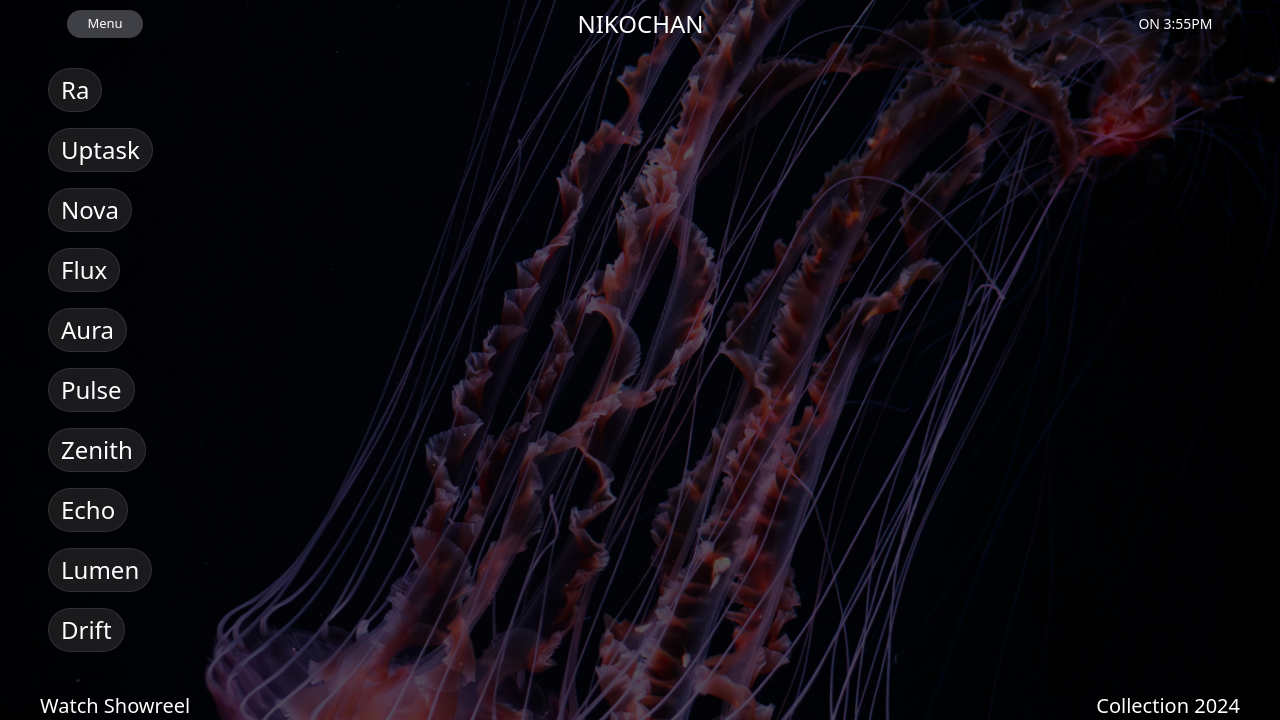
Repository: nikhilsinghrathore1/Niks_indian_local
Page: /
An editor plug-in stored every save of this project. The page is shown before and after the next save, followed by the edit.
The browser window is 1280 px wide. The pictures show the whole page.
The project was rebuilt for these pictures with package versions that can differ from the ones it lists, and the page was loaded fresh each time. Also part of the build but not shown: vite.config.ts.

Above is the page before, as saved 2024-08-27 10:54:42.

### src/App.tsx
import { useState } from 'react'
import reactLogo from './assets/react.svg'
import viteLogo from '/vite.svg'
import './App.css'
import Landing from './Components/Landing'

function App() {
  const [count, setCount] = useState(0)

  return (
    <>

      <Landing/>
    </>
  )
}

export default App

### src/App.css
@font-face {
               font-family:font1 ;
               src: url("./assets/Fontspring-DEMO-rocgroteskcomp-regular.otf");
}

.f1{
               font-family: font1;
}

.item>p{
               padding: 6px 12px;

               font-weight: lighter;
               background-color: rgba(255, 255, 255, 0.1);
               border-radius: 40px;
               border: 1px solid rgba(255, 255, 255, 0.1);
               backdrop-filter: blur(20px);
               transition: 0.3s;
}

.item>p:hover{
               background: none;
               border: 1px solid rgba(255, 255, 255, 0.25);
}

.preview{
               position: fixed ;
               width: 100% ;
               height: 100% ;
               color: #fff;
               z-index: 1;
}

.preview-bg{
               position: absolute;
               width: 100%;
               pointer-events: none;
               height: 100%;
               opacity: 0.35;
}

.preview-title h1{
               font-weight:  lighter;
               font-size: 80px;
}

.preview p , .preview-description p{
               font-size: 14px;
               line-height: 120%;
}

.preview-varient-1 .preview-img{
               position: absolute;
               bottom: 0;
               right: 0;
               margin: 2em;
               width: 300px;
               height: 400px;
               clip-path: polygon(0% 100%, 100%, 100% , 100% 100% , 0% 100%);

}

.preview-varient-1 .preview-title{
               position: absolute;
               top: 35%;
               left: 25%;
}
.preview-varient-1 .preview-tags{
               position: absolute;
               top: 35%;
               left: 40%;
}

.preview-varient-1 .preview-description{
               width: 250px;
               position: absolute;
               top: 25%;
               right: 25%;
}
.preview-varient-3 .preview-img{
               position: absolute;
               bottom: 10%;
               left: 15%;
               margin: 2em;
               width: 300px;
               height: 400px;
               clip-path: polygon(0% 0%, 0%, 0% , 0% 100% , 0% 100%);

}

.preview-varient-3 .preview-title{
               position: absolute;
               bottom: 40%;
               right: 15%;
}
.preview-varient-3 .preview-tags{
               position: absolute;
               bottom: 20%;
               right: 30%;
}

.preview-varient-3 .preview-description{
               width: 250px;
               position: absolute;
               left: 20%;
               top: 15%;
}
.preview-varient-2 .preview-img{
               position: absolute;
               top: 10%;
               right: 5%;
               margin: 2em;
               width: 300px;
               height: 400px;
               clip-path: polygon(100% 0%, 100%, 0% , 100% 100% , 100% 100%);

}

.preview-varient-2 .preview-title{
               position: absolute;
               bottom: 30%;
               left: 50%;
}
.preview-varient-2 .preview-tags{
               position: absolute;
               top: 25%;
               left: 25%;
}

.preview-varient-3 .preview-description{
               width: 250px;
               position: absolute;
               right: 10%;
               bottom: 15%;
}

### src/Components/Landing.tsx
// Landing.tsx
import { useEffect, useRef } from 'react';
import gsap from 'gsap';
import img1 from '../assets/img1.jpg';
import img2 from '../assets/img2.jpg';
import img3 from '../assets/img3.jpg';
import img4 from '../assets/img4.jpg';
import img5 from '../assets/img5.jpg';
import img6 from '../assets/img6.jpg';
import img7 from '../assets/img7.jpg';
import img8 from '../assets/img8.jpg';
import img9 from '../assets/img9.jpg';
import img10 from '../assets/img10.jpg';
import defaultBg from '../assets/default-bg.jpg';

interface TransformProps {
  x?: number;
  y?: number;
  opacity?: number;
}

type VariantTransform = {
  [key: string]: {
    [elementClass: string]: TransformProps;
  };
};

const mapClasses = [
  'variant-1',
  'variant-2',
  'variant-3',
  'variant-1',
  'variant-2',
  'variant-3',
  'variant-1',
  'variant-2',
  'variant-3',
  'variant-1',
];

const previews = [
  {
    img: img1,
    title: 'Ra',
    tags: 'Futuristic Fashion, Minimal Design',
    description:
      'Exploring the intersection of minimalism and future fashion trends in web design.',
    bg: img1,
  },
  {
    img: img2,
    title: 'Uptask',
    tags: 'Fashion Innovation, Graphic Simplicity',
    description:
      'Innovative fashion web design with a core focus on simplicity and elegance.',
    bg: img2,
  },
  {
    img: img3,
    title: 'Nova',
    tags: 'Space Inspired, Modern Aesthetics',
    description:
      'A modern take on space-inspired designs blending technology and art.',
    bg: img3,
  },
  {
    img: img4,
    title: 'Flux',
    tags: 'Dynamic Layouts, Vibrant Colors',
    description:
      'Dynamic and colorful layouts that capture attention and engage users.',
    bg: img4,
  },
  {
    img: img5,
    title: 'Aura',
    tags: 'Serene Designs, Pastel Themes',
    description:
      'Creating calm and soothing user experiences through pastel-themed designs.',
    bg: img5,
  },
  {
    img: img6,
    title: 'Pulse',
    tags: 'Energetic Vibes, Bold Typography',
    description:
      'Harnessing energy and movement with bold typography and striking visuals.',
    bg: img6,
  },
  {
    img: img7,
    title: 'Zenith',
    tags: 'Peak Performance, Sleek Interfaces',
    description:
      'Designs focused on peak performance and sleek, intuitive interfaces.',
    bg: img7,
  },
  {
    img: img8,
    title: 'Echo',
    tags: 'Repetitive Patterns, Minimalist Touch',
    description:
      'Utilizing repetitive patterns to create harmony and balance in design.',
    bg: img8,
  },
  {
    img: img9,
    title: 'Lumen',
    tags: 'Light Themes, Clarity Focused',
    description:
      'Emphasizing clarity and readability through light-themed designs.',
    bg: img9,
  },
  {
    img: img10,
    title: 'Drift',
    tags: 'Fluid Movements, Abstract Forms',
    description:
      'Incorporating fluid movements and abstract forms for a unique user experience.',
    bg: img10,
  },
];

const Landing: React.FC = () => {
  const containerRef = useRef<HTMLDivElement>(null);
  const previewBgRef = useRef<HTMLDivElement>(null);
  const itemsRef = useRef<Array<HTMLDivElement | null>>([]);

  useEffect(() => {
    const defaultClipPath: { [key: string]: string } = {
      'variant-1': 'polygon(0% 100%, 100% 100%, 100% 100%, 0% 100%)',
      'variant-2': 'polygon(100% 0%, 100% 0%, 100% 100%, 100% 100%)',
      'variant-3': 'polygon(0% 0%, 0% 0%, 0% 100%, 0% 100%)',
    };

    const variantTransform: VariantTransform = {
      'variant-1': {
        title: { x: 75, opacity: 0 },
        tags: { y: -75, opacity: 0 },
        description: { x: -75, opacity: 0 },
      },
      'variant-2': {
        title: { x: -75, opacity: 0 },
        tags: { y: -75, opacity: 0 },
        description: { y: 75, opacity: 0 },
      },
      'variant-3': {
        title: { x: 75, opacity: 0 },
        tags: { y: 75, opacity: 0 },
        description: { x: 75, opacity: 0 },
      },
    };

    const getDefaultClipPath = (previewElement: HTMLDivElement): string => {
      for (const variant in defaultClipPath) {
        if (previewElement.classList.contains(variant)) {
          return defaultClipPath[variant];
        }
      }
      return 'polygon(100% 0%, 0% 0%, 0% 100%, 100% 100%)';
    };

    const applyVariantStyle = (
      previewElement: HTMLDivElement,
      reset: boolean = false
    ) => {
      const variant = mapClasses[Array.from(previewElement.classList).findIndex(cls => cls.startsWith('variant-'))];
      if (variant && variantTransform[variant]) {
        Object.entries(variantTransform[variant]).forEach(
          ([elementClass, transform]) => {
            const element = previewElement.querySelector(
              `.preview-${elementClass}`
            ) as HTMLElement;
            if (element) {
              gsap.set(element, reset ? transform : { x: 0, y: 0, opacity: 1 });
            }
          }
        );
      }
    };

    const changeBg = (newImgSrc: string) => {
      if (previewBgRef.current) {
        gsap.to(previewBgRef.current, {
          backgroundImage: `url(${newImgSrc})`,
          duration: 0.5,
          ease: 'power3.out',
        });
      }
    };

    // Create preview elements
    previews.forEach((preview, index) => {
      const previewElement = document.createElement('div');
      previewElement.className = `preview ${mapClasses[index]} preview-${index + 1}`;
      previewElement.style.opacity = '0';
      previewElement.style.position = 'absolute';
      previewElement.style.top = '50%';
      previewElement.style.left = '50%';
      previewElement.style.transform = 'translate(-50%, -50%)';
      previewElement.style.pointerEvents = 'none';
      previewElement.innerHTML = `
        <div class="preview-img">
          <img src="${preview.img}" alt="${preview.title}" />
        </div>
        <div class="preview-title">
          <h1>${preview.title}</h1>
        </div>
        <div class="preview-tags">
          <p>${preview.tags}</p>
        </div>
        <div class="preview-description">
          <p>${preview.description}</p>
        </div>
      `;
      if (containerRef.current) {
        containerRef.current.appendChild(previewElement);
        applyVariantStyle(previewElement, true);
      }
    });

    let activePreview: HTMLDivElement | null = null;

    itemsRef.current.forEach((item, index) => {
      if (item) {
        item.addEventListener('mouseenter', () => {
          const newBg = previews[index].bg;
          changeBg(newBg);

          const newActivePreview = containerRef.current?.querySelector(
            `.preview-${index + 1}`
          ) as HTMLDivElement;

          if (activePreview && activePreview !== newActivePreview) {
            gsap.to(activePreview, {
              opacity: 0,
              duration: 0.5,
              ease: 'power3.out',
              onComplete: () => applyVariantStyle(activePreview!, true),
            });
          }

          gsap.to(newActivePreview, {
            opacity: 1,
            duration: 0.5,
            ease: 'power3.out',
            onStart: () => applyVariantStyle(newActivePreview, false),
          });

          activePreview = newActivePreview;
        });

        item.addEventListener('mouseleave', () => {
          if (activePreview) {
            gsap.to(activePreview, {
              opacity: 0,
              duration: 0.5,
              ease: 'power3.out',
              onComplete: () => applyVariantStyle(activePreview!, true),
            });
            activePreview = null;
            changeBg(defaultBg);
          }
        });
      }
    });

    // Set initial background
    changeBg(defaultBg);
  }, []);

  return (
    <div className='w-full h-screen overflow-hidden fixed text-white bg-black'>
      {/* Nav Bar */}
      <nav className='w-full fixed flex pt-2 items-center justify-around gap-[300px]  z-50'>
        <div className='menu-btn w-fit bg-zinc-700 rounded-full backdrop-blur-md px-5 py-1 cursor-pointer'>
          <h1 className='text-[13px]'>Menu</h1>
        </div>
        <div className='logo uppercase text-2xl'>
          <h1>NikoChan</h1>
        </div>
        <div className='local-time text-sm'>
          <h1>ON 3:55PM</h1>
        </div>
      </nav>

      {/* Footer */}
      <div className='footer fixed px-10 bottom-0 text-xl flex items-center justify-between w-full z-50'>
        <p>Watch Showreel</p>
        <p>Collection 2024</p>
      </div>

      {/* Items List */}
      <div
        className='items fixed w-1/3 h-full flex flex-col px-12 text-2xl leading-tight capitalize justify-center z-30'
        >
        {previews.map((preview, index) => (
          <div
            key={index}
            className='item w-fit py-2 cursor-pointer'
            ref={(el) => (itemsRef.current[index] = el)}
          >
            <p>{preview.title}</p>
          </div>
        ))}
      </div>

      {/* Preview Background */}
      <div
        className='preview-bg fixed top-0 left-0 w-full h-full bg-cover bg-center z-10 transition-all duration-500 ease-out'
        ref={previewBgRef}
      ></div>

      {/* Preview Container */}
      <div
        className='preview-container fixed top-0 left-0 w-full h-full pointer-events-none z-20'
        ref={containerRef}
      ></div>
    </div>
  );
};

export default Landing;

Loaded but not shown: index.html (common file); src/main.tsx (common file); src/index.css (common file); tailwind.config.js (common file)

After the next save:
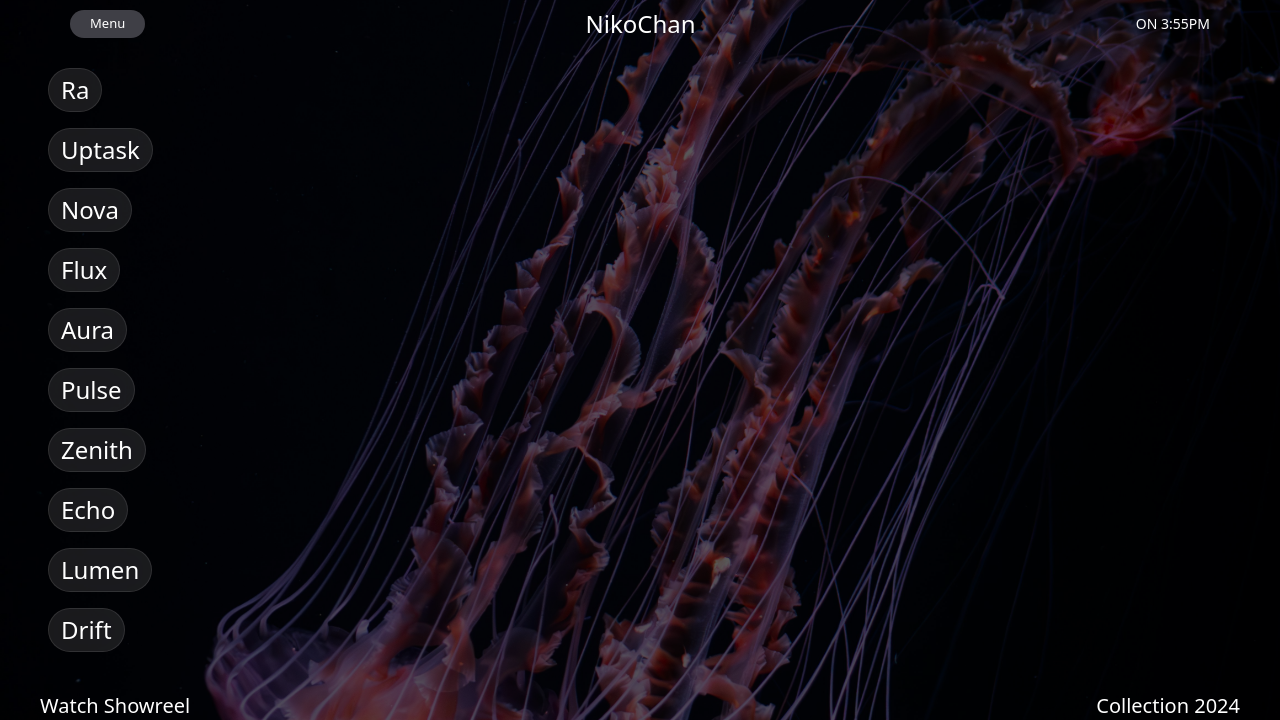
Saved 4 s later.
--- a/src/Components/Landing.tsx
+++ b/src/Components/Landing.tsx
@@ -276,7 +276,7 @@ const Landing: React.FC = () => {
         <div className='menu-btn w-fit bg-zinc-700 rounded-full backdrop-blur-md px-5 py-1 cursor-pointer'>
           <h1 className='text-[13px]'>Menu</h1>
         </div>
-        <div className='logo uppercase text-2xl'>
+        <div className='logo  text-2xl'>
           <h1>NikoChan</h1>
         </div>
         <div className='local-time text-sm'>
